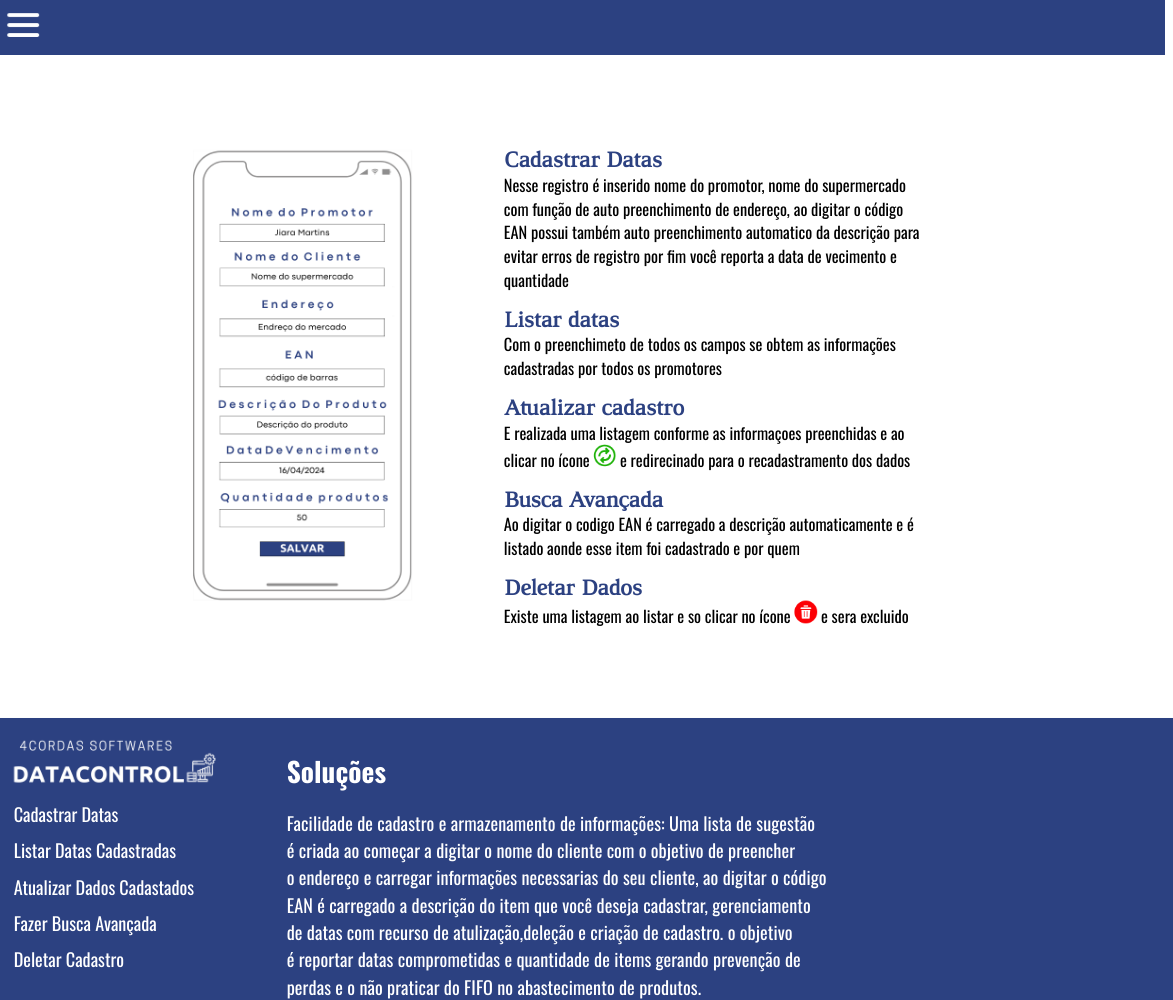
Repository: alfredo-allan/ControleDeDatasFrontEnd
Page: index.html
These files come from the project's save history. The page is drawn as it stood at one moment and after a run of saves; the edit follows.
The browser window is 1280 px wide. The page is 1289 px wide, so the pictures cover 1289 px, including what lies to the right of the window. The pictures show the whole page, at 91% of full size.

Above is the page before, as saved 2024-04-30 14:48:53.
Console error: TypeError: Cannot read properties of null (reading 'addEventListener')

### index.html
<!DOCTYPE html>
<html lang="pt-BR">
  <head>
    <meta charset="UTF-8" />
    <meta name="viewport" content="width=device-width, initial-scale=1.0" />
    <link rel="stylesheet" href="./style/style.css" />
    <link rel="preconnect" href="https://fonts.googleapis.com" />
    <link rel="preconnect" href="https://fonts.gstatic.com" crossorigin />
    <link
      href="https://fonts.googleapis.com/css2?family=Oswald:wght@200..700&display=swap"
      rel="stylesheet"
    />
    <title>Controle de Datas</title>
  </head>
  <body>
    <div class="header">
      <div id="menu-icon">
        <img id="icon-menu" src="./images/barra-de-menu.png" alt="" />
      </div>
      <div id="titulo">
        <!-- <h1>Controle De Datas</h1> -->
      </div>
      <div id="menu-options">
        <ul>
          <!-- <img id="usuario" src="./images/usuario-exemplo.jpg" alt="" /> -->
          <a href="pages/cadastro.html"><li>Cadastrar Datas</li></a>
          <a href="pages/listagem.html"><li>Listar Datas</li></a>
          <a href="pages/atualizar.html"><li>Atualizar Cadastro</li></a>
          <a href="pages/buscaavancada.html"><li>Busca Avançada</li></a>
          <a href="pages/deletar.html"><li>Deletar Dados</li></a>
        </ul>
      </div>
    </div>
    <img id="instrucao" src="./images/CadastrarDatas.png" alt="">
    <div class="coluna">
    <ul>
      <span>Cadastrar Datas</span>
      <li>Nesse registro é inserido nome do promotor, nome do supermercado com função de auto preenchimento de endereço, ao digitar o código EAN possui também auto preenchimento automatico da descrição para evitar erros de registro por fim você reporta a data de vecimento e quantidade</li>
      <span>Listar datas</span>
      <li>Com o preenchimeto de todos os campos se  obtem as informações cadastradas por todos os promotores</li>
      <span>Atualizar cadastro</span>
      <li>E realizada uma listagem conforme as informaçoes preenchidas e ao clicar no ícone <img src="./images/repetir.png" alt=""> e redirecinado para o recadastramento dos dados</li>
      <span>Busca Avançada</span>
      <li>Ao digitar o codigo EAN é carregado a descrição automaticamente e é listado aonde esse item foi cadastrado e por quem</li>
      <span>Deletar Dados</span>
      <li>Existe uma listagem ao listar e so clicar no ícone <img src="./images/excluir.png" alt=""> e sera excluido</li>
    </ul>
    </div>
    </div>
    <div class="footer">
      <div id="mapa" class="col-sm-6">
        <img id="tootext" src="./images/data.png" alt="" />
        <ul id="mapadosite">
          <a href="./pages/cadastro.html"><li>Cadastrar Datas</li></a>
          <a href="./pages/listagem.html"><li>Listar Datas Cadastradas</li></a>
          <a href="./pages/atualizar.html"
            ><li>Atualizar Dados Cadastados</li></a
          >
          <a href="./pages/buscaavancada.html"><li>Fazer Busca Avançada</li></a>
          <a href="./pages/deletar.html"><li>Deletar Cadastro</li></a>
        </ul>
      </div>
      <div id="solucao" class="col-sm-6">
        <span>Soluções</span>
        <p>
          Facilidade de cadastro e armazenamento de informações: Uma lista de
          sugestão <br />
          é criada ao começar a digitar o nome do cliente com o objetivo de
          preencher <br />
          o endereço e carregar informações necessarias do seu cliente, ao
          digitar o código <br />
          EAN é carregado a descrição do item que você deseja cadastrar,
          gerenciamento <br />
          de datas com recurso de atulização,deleção e criação de cadastro. o
          objetivo <br />
          é reportar datas comprometidas e quantidade de items gerando prevenção
          de <br />
          perdas e o não praticar do FIFO no abastecimento de produtos.
        </p>
      </div>
    </div>
  </body>
  <script src="./js/script.js"></script>
</html>

### style/style.css
:root {
  --cor-azul: rgb(44, 65, 129);
  --oswald-font: "Oswald", sans-serif;
  --luthier-font: "Luthier";
}

body {
  font-family: var(--oswald-font);
}

@font-face {
  font-family: "Luthier";
  src: url("../fonts/LuthierFF/Luthier-Regular.ttf") format("truetype");
  /* Adicione mais formatos (e.g. woff, woff2) conforme necessário */
}

#titulo h1 {
  font-family: var(--luthier-font);
  letter-spacing: 3px;
  font-weight: 900;
  color: white;
  margin-top: -30px;
  margin-left: 55px;
}

.column {
  display: flex;
  flex-direction: column;
  align-items: center;
  padding: 10px 20px 15px 15px;
  border: 1px solid #ccc;
  border-radius: 5px;
  width: 300px;
  margin: 0 auto;
  span {
    font-weight: 900;
    font-family: var(--luthier-font);
    letter-spacing: 3px;
    margin-bottom: 10px;
    color: var(--cor-azul);
  }
}

#logo img {
  margin-top: 200px;
  width: 250px;
  margin-left: 50px;
}

#logo {
  h1 {
    text-align: center;
    text-wrap: nowrap;
    font-size: 25px;
    font-family: var(--oswald-font);
    font-weight: 900;
    letter-spacing: 2px;
    color: var(--cor-azul);
  }
}

#form {
  margin-top: 80px;
}

input {
  margin-bottom: 5px;
  padding: 5px;
  width: 100%;
  box-sizing: border-box;
  font-weight: 600;
  margin-bottom: 10px;
}

input::placeholder {
  text-align: center;
  color: gray;
  font-family: var(--oswald-font);
  font-weight: 400;
}

input:focus {
  outline-color: var(--cor-azul); /* Altere a cor aqui */
}

.header {
  position: fixed;
  top: 0;
  left: 0;
  width: 100%;
  height: 60px;
  background-color: var(--cor-azul);
}

#icon-menu {
  width: 35px;
  margin-top: 10px;
  z-index: 1;
  margin-left: 8px;
  cursor: pointer;
}

#menu-options ul {
  list-style: none;
  padding: 0;
  margin-left: 5px;
  font-size: 20px;
  font-weight: 500;
  text-wrap: nowrap;
  font-family: var(--oswald-font);
  z-index: 999;
}

#menu-options ul li {
  padding: 10px;
  letter-spacing: 2px;
  cursor: pointer;
  z-index: 999;
}

a {
  text-decoration: none; /* Remove sublinhado */
  color: inherit; /* Mantém a cor padrão do texto */
  /* Adicione quaisquer outros estilos desejados para o link */
}

#menu-options {
  display: none;
  position: absolute;
  top: 0;
  left: 0;
  margin-top: 60px;
  width: 55%;
  height: 41vh;
  border-bottom-right-radius: 15px;
  background-color: var(--cor-azul);
  color: white;
  font-family: var(--oswald-font);
  font-weight: 900;
  z-index: 999;
}

button {
  text-align: center;
  width: 110px;
  height: 30px;
  padding: 6px 30px;
  background-color: rgba(44, 65, 129, 0.897);
  border-radius: 5px;
  color: white;
  border: none;
  border-radius: 5px;
  cursor: pointer;
  font-family: var(--oswald-font);
}

button:focus {
  outline: 2px solid var(--cor-azul);
}

.footer {
  width: 102%;
  position: relative;
  margin-top: 5%;
  margin-left: -8px;
  margin-bottom: -20px;
  background-color: var(--cor-azul);
}

.footer img {
  width: 300px;
  height: 60px;
  margin-top: 2px;
  cursor: pointer;
  margin-left: 10px;
}

#autocomplete-list-id {
  background-color: #f1f1f1;
  border: 1px solid #d4d4d4;
  color: var(--cor-azul);
  border-top: none;
  max-height: 200px;
  overflow-y: auto;
  position: absolute;
  /* z-index: 999; */
  margin-top: -10px;
  margin-left: 60px;
}

.autocomplete-items div {
  padding: 10px;
  cursor: pointer;
  background-color: #fff;
  border-bottom: 1px solid #d4d4d4;
}

.autocomplete-items div:hover {
  background-color: #e9e9e9;
}

.autocomplete-items div strong {
  font-weight: bold;
}

#data-list {
  margin: 0 auto;
  left: 50%;
  transform: translateX(-50%);
  margin: 0 auto;
  left: 50%;
  top: 60%;
  transform: translate(-50%, -50%);
  /* border: 1px solid var(--cor-azul); */
  color: var(--cor-azul);
  border-radius: 5px;
  max-height: 330px;
  overflow-y: auto;
  position: absolute;
  z-index: -1;
  margin-top: 110px;
  margin-left: 0px;
  width: 336px;
  list-style: none;
  .name {
    font-family: var(--oswald-font);
    font-weight: 900;
    font-size: 17px;
  }
  .item {
    font-family: var(--oswald-font);
    font-weight: 500;
    font-size: 15;
    color: rgb(0, 0, 0);
  }
}

/* #promotor {
  line-height: 60px;
} */

#data-list {
  /* Estilos do elemento #data-list */
  /* Defina outras propriedades conforme necessário */

  scrollbar-color: var(--cor-azul) var(--cor-azul); /* Cor da barra de rolagem e do fundo da barra */
}

#data-list::-webkit-scrollbar {
  width: 10px; /* Largura da barra de rolagem */
}

#data-list::-webkit-scrollbar-thumb {
  background-color: white; /* Cor da barra de rolagem */
  border-radius: 5px; /* Raio de borda da barra de rolagem */
}

#texto-descritivo {
  text-align: justify;
  margin-top: 200px;
  position: fixed;
  font-family: var(--luthier-font);
  letter-spacing: 3px;
  line-height: 2;
  margin-right: 8px;
  font-weight: 900;
  color: var(--cor-azul);
}

#del {
  width: 25px;
  margin: -4px;
  margin-left: 20px;
}

#atualizar {
  width: 25px;
  margin: -5px;
  margin-left: 20px;
}

.video {
  width: 100%;
  height: 100vh; /* Altura ocupando toda a tela */
}

.video video {
  position: fixed;
  top: 0;
  left: 0;
  width: 100%;
  height: 20%;
  object-fit: cover;
  margin-top: 52px;
}

.modal {
  display: none; /* Escondido por padrão */
  position: fixed;
  z-index: 1;
  left: 0;
  top: 0;
  width: 100%;
  height: 100%;
  overflow: auto;
  background-color: rgba(0, 0, 0, 0.4);
}

.modal-content {
  background-color: #fefefe;
  margin: 15% auto;
  padding: 20px;
  border: 2px solid #888;
  width: 80%;
  border-radius: 10px;
  p {
    text-align: center;
    font-family: var(--luthier-font);
    letter-spacing: 3px;
    font-weight: 600;
    color: var(--cor-azul);
  }
}

.close {
  color: #aaa;
  float: right;
  font-size: 28px;
  font-weight: bold;
}

.close:hover,
.close:focus {
  color: black;
  text-decoration: none;
  cursor: pointer;
}

#modalbtn {
  text-align: center;
}

#confirmButton {
  margin-right: 5px;
}

#tootext {
  margin-left: -40px;
  margin-top: 20px;
}

#mapadosite {
  font-family: var(--oswald-font);
  list-style: none;
  margin-top: 0px;
  line-height: 40px;
  text-align: left;
  margin-left: -25px;
  color: white;
  font-size: 20px;
}

#mapa {
  text-align: left;
}

#solucao {
  margin-top: -270px;
  margin-left: 315px;
  font-family: var(--oswald-font);
  letter-spacing: 0.1px;
  color: white;
  span {
    font-size: 30px;
    font-weight: 900;
  }
  p {
    font-size: 20px;
    text-align: left;
  }
}

@media (min-width: 310px) and (max-width: 580px) {
  #solucao {
    margin-top: -10px;
    margin-left: -200px;
    text-align: center;
  }
}

@media (min-width: 310px) and (max-width: 580px) {
  #solucao span {
    margin-left: -30px;
  }
}

@media (min-width: 310px) and (max-width: 580px) {
  #solucao p {
    font-size: 20px;
    text-align: left;
    margin-left: 215px;
  }
}

@media (min-width: 310px) and (max-width: 580px) {
  .footer {
    margin-top: 20%;
    position: absolute;
    margin-left: -8px;
    width: 100%;
    margin-bottom: 0px;
  }
}

.footer_pg {
  position: fixed;
  left: 0;
  bottom: 0;
  width: 100%;
  height: 60px;
  background-color: var(--cor-azul);
}

@media (min-width: 310px) and (max-width: 580px) {
  .footer_pg img {
    margin-left: auto;
    margin-right: auto;
    display: block;
  }
}

#instrucao {
  margin-top: 150px;
  width: 250px;
  margin-left: 200px;
}

@media (min-width: 500px) and (max-width: 1200px) {
  #instrucao {
    margin-left: 20px;
  }
}

.coluna {
  display: flex;
  flex-direction: column;
  justify-content: center;
  margin-left: 40%;
  margin-top: -41%;
  width: 40%;
  li {
    list-style: none;
    margin-bottom: 20px;
    font-family: var(--oswald-font);
    font-size: 18px;
  }
  span {
    margin-bottom: 10;
    font-size: 25px;
    font-family: var(--luthier-font);
    font-weight: 900;
    color: var(--cor-azul);
  }

  img {
    width: 25px;

  }
}

### js/script.js
document.addEventListener("DOMContentLoaded", function () {
  carregarDados();

  document
    .getElementById("data-vencimento")
    .addEventListener("input", formatarData);

  document.getElementById("ean").addEventListener("input", function () {
    var eanSelecionado = document.getElementById("ean").value;
    preencherDescricaoPorEAN(eanSelecionado);
  });
});

function formatarData() {
  let inputData = document.getElementById("data-vencimento").value;

  let dataFormatada = inputData.replace(/^(\d{2})(\d{2})(\d{2})$/, "$1/$2/$3");

  document.getElementById("data-vencimento").value = dataFormatada;
}

function preencherDescricaoPorEAN(ean) {
  fetch("../frutap.json")
    .then((response) => response.json())
    .then((data) => {
      const mercados = data.mercados;

      for (let mercado of mercados) {
        const produto = mercado.produtos.find(
          (produto) => produto.codigoEAN === ean
        );
        if (produto) {
          document.getElementById("descricao-produto").value =
            produto.descricao;
          return; // Encerra o loop assim que encontrar o produto correspondente
        }
      }

      // Se não encontrou nenhum produto com o código EAN correspondente
      document.getElementById("descricao-produto").value =
        "Produto não encontrado";
    })
    .catch((error) => {
      console.error("Erro ao carregar os dados do arquivo JSON:", error);
    });
}

function carregarDados() {
  fetch("../frutap.json")
    .then((response) => {
      if (response.ok) {
        return response.json();
      } else {
        throw new Error("Erro ao carregar os dados");
      }
    })
    .then((data) => {
      if (data && data.mercados) {
        const mercados = data.mercados.map((mercado) => mercado.nome);
        const codigosEAN = data.mercados.map((mercado) => mercado.codigoEAN);
        const enderecos = data.mercados.map((mercado) => mercado.endereco);

        autocomplete(document.getElementById("nome-cliente"), mercados, data);
        autocomplete(document.getElementById("ean"), codigosEAN);
        autocomplete(
          document.getElementById("endereco-cliente"),
          enderecos,
          data
        );
      } else {
        console.error("Formato de dados inválido");
      }
    })
    .catch((error) => {
      console.error("Erro ao carregar os dados do arquivo JSON:", error);
    });
}
function autocomplete(inp, arr, data) {
  var currentFocus;

  inp.addEventListener("input", function (e) {
    var a,
      b,
      i,
      val = this.value;
    closeAllLists();
    if (!val) {
      return false;
    }
    currentFocus = -1;
    a = document.createElement("DIV");
    a.setAttribute("id", "autocomplete-list-id");
    a.setAttribute("class", "autocomplete-items");
    this.parentNode.appendChild(a);
    for (i = 0; i < arr.length; i++) {
      if (
        arr[i] &&
        arr[i].substr(0, val.length).toUpperCase() == val.toUpperCase()
      ) {
        b = document.createElement("DIV");
        b.innerHTML = "<strong>" + arr[i].substr(0, val.length) + "</strong>";
        b.innerHTML += arr[i].substr(val.length);
        b.innerHTML += "<input type='hidden' value='" + arr[i] + "'>";
        b.addEventListener("click", function (e) {
          inp.value = this.getElementsByTagName("input")[0].value;
          closeAllLists();
          // Preencher o campo de Endereço do mercado ao selecionar o nome do mercado
          var selectedMarket = this.getElementsByTagName("input")[0].value;
          var mercadoSelecionado = data.mercados.find(
            (mercado) => mercado.nome === selectedMarket
          );
          if (mercadoSelecionado) {
            var enderecoCompleto =
              mercadoSelecionado.endereco.rua +
              ", " +
              mercadoSelecionado.endereco.bairro +
              ", " +
              mercadoSelecionado.endereco.cidade +
              ", " +
              mercadoSelecionado.endereco.estado;
            document.getElementById("endereco-cliente").value =
              enderecoCompleto;
          }
        });
        a.appendChild(b);
      }
    }
  });

  function closeAllLists(elmnt) {
    var x = document.getElementsByClassName("autocomplete-items");
    for (var i = 0; i < x.length; i++) {
      if (elmnt != x[i] && elmnt != inp) {
        x[i].parentNode.removeChild(x[i]);
      }
    }
  }

  document.addEventListener("click", function (e) {
    closeAllLists(e.target);
  });
}

const menuIcon = document.getElementById("menu-icon");
const menuOptions = document.getElementById("menu-options");

menuIcon.addEventListener("click", function () {
  if (menuOptions.style.display === "none") {
    menuOptions.style.display = "block";
  } else {
    menuOptions.style.display = "none";
  }
});

document.getElementById("btn-salvar").addEventListener("click", function () {
  const nomePromotor = document.getElementById("nome-promotor").value;
  const nomeCliente = document.getElementById("nome-cliente").value;
  const enderecoCliente = document.getElementById("endereco-cliente").value;
  const ean = document.getElementById("ean").value;
  const descricaoProduto = document.getElementById("descricao-produto").value;
  const dataVencimento = document.getElementById("data-vencimento").value;
  const quantidadeProdutos = document.getElementById(
    "quantidade-produtos"
  ).value;

  fetch("https://v1controledatas.pythonanywhere.com/salvar-dados", {
    method: "POST",
    headers: {
      "Content-Type": "application/json",
    },
    body: JSON.stringify({
      nomePromotor: nomePromotor,
      nomeCliente: nomeCliente,
      enderecoCliente: enderecoCliente,
      ean: ean,
      descricaoProduto: descricaoProduto,
      dataVencimento: dataVencimento,
      quantidadeProdutos: quantidadeProdutos,
    }),
  })
    .then((response) => {
      if (response.ok) {
        // alert("Dados salvos com sucesso!");
      } else {
        throw new Error("Erro ao salvar os dados");
      }
    })
    .catch((error) => {
      console.error("Erro ao salvar os dados:", error);
    });
});

// Selecionando o botão de fechar e o modal

Loaded but not shown: frutap.json (455 lines, source omitted)

After the next 2 saves:
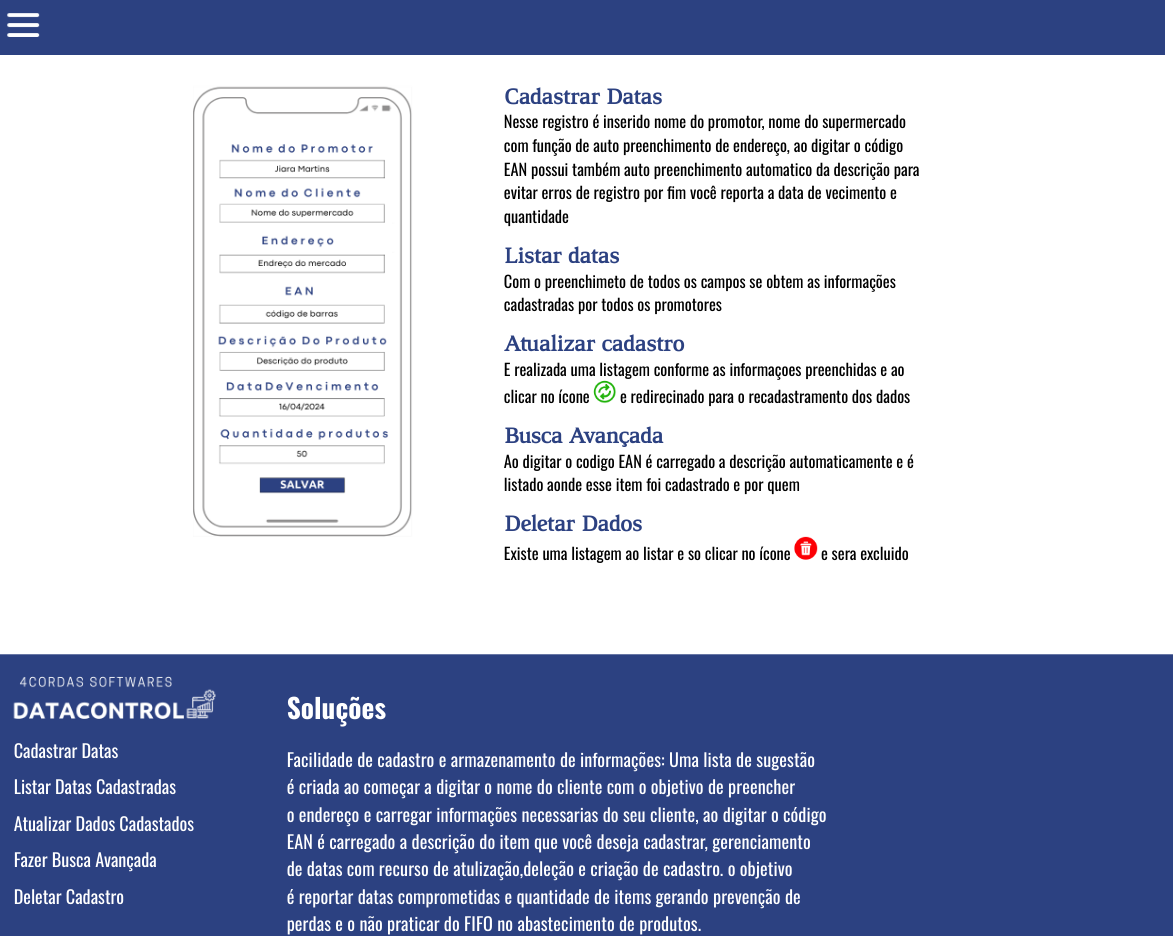
The 2 saves are shown as one change because they came seconds apart.
The last was saved 18 s later.
--- a/style/style.css
+++ b/style/style.css
@@ -430,7 +430,7 @@ button:focus {
 }
 
 #instrucao {
-  margin-top: 150px;
+  margin-top: 80px;
   width: 250px;
   margin-left: 200px;
 }
